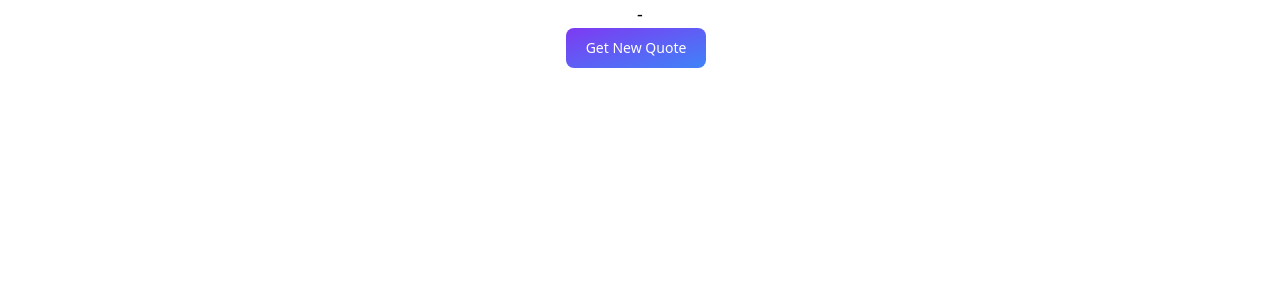
Repository: sodmaq/Todo-App
Page: /quote
These files come from the project's save history. The page is drawn as it stood at one moment and after the next save; the edit follows.
The browser window is 1280 px wide. The pictures show the whole page.
The page's requests for data from a server got no answer. The project was rebuilt for these pictures with package versions that can differ from the ones it lists, and the page was loaded fresh each time. No one was signed in, and anything a server would have sent is missing. Also part of the build but not shown: vite.config.js, src/components/loader.css, src/components/Header.jsx, src/components/TodoInput.jsx, src/components/TodoItem.jsx, src/components/TodoList.jsx, src/Todo.jsx.

Above is the page before, as saved 2024-09-04 22:14:56.

### src/App.jsx
import { BrowserRouter, Route, Routes } from "react-router-dom";
import Quote from "./components/Quote";
import Todo from "./Todo";

function App() {
  return (
    <BrowserRouter>
      <Routes>
        <Route path="/" element={<Todo />} />
        <Route path="quote" element={<Quote />} />
      </Routes>
    </BrowserRouter>
  );
}

export default App;

### src/components/Quote.jsx
import { useEffect, useState } from "react";
import Loader from "./Loader";

function Quote() {
  const [quote, setQuote] = useState({ content: "", author: "" });
  const [isLoading, setIsLoading] = useState(true);
  const url = "https://api.quotable.io/random";

  // Function to fetch a new quote
  const fetchQuote = async () => {
    setIsLoading(true);
    try {
      const response = await fetch(url);
      if (!response.ok) {
        throw new Error(response.statusText);
      }
      const data = await response.json();
      setQuote(data);
    } catch (error) {
      console.error("Error fetching the quote:", error);
    } finally {
      setIsLoading(false);
    }
  };

  // Fetch the quote when the component mounts
  useEffect(() => {
    fetchQuote();
  }, []); // Empty dependency array means this runs only once after the initial render

  return (
    <div className="flex flex-col items-center justify-center">
      {isLoading && <Loader />}
      <h1 className="text-3xl font-bold">
        {quote.content}{" "}
        <span className="text-2xl font-semibold"> {quote.author}</span>
      </h1>
      <p className="text-lg">-</p>
      <button
        onClick={fetchQuote} // Fetches a new quote when the button is clicked
        type="button"
        className="text-white bg-gradient-to-br from-purple-600 to-blue-500 hover:bg-gradient-to-bl focus:ring-4 focus:outline-none focus:ring-blue-300 dark:focus:ring-blue-800 font-medium rounded-lg text-sm px-5 py-2.5 text-center me-2 mb-2 "
      >
        Get New Quote
      </button>
    </div>
  );
}

export default Quote;

### src/components/Loader.jsx
// Loader.jsx
import "./Loader.css"; // Import the CSS for styling

function Loader() {
  return (
    <div className="loader-overlay">
      <div className="loader"></div>
    </div>
  );
}

export default Loader;

### tailwind.config.js
import flowbite from "flowbite/plugin";

/** @type {import('tailwindcss').Config} */
export default {
  content: [
    "./index.html",
    "./src/**/*.{js,ts,jsx,tsx}",
    "./node_modules/flowbite/**/*.js",
  ],
  theme: {
    extend: {},
  },
  plugins: [flowbite],
};

Loaded but not shown: index.html (common file); src/main.jsx (common file); src/index.css (common file)

After the next save:
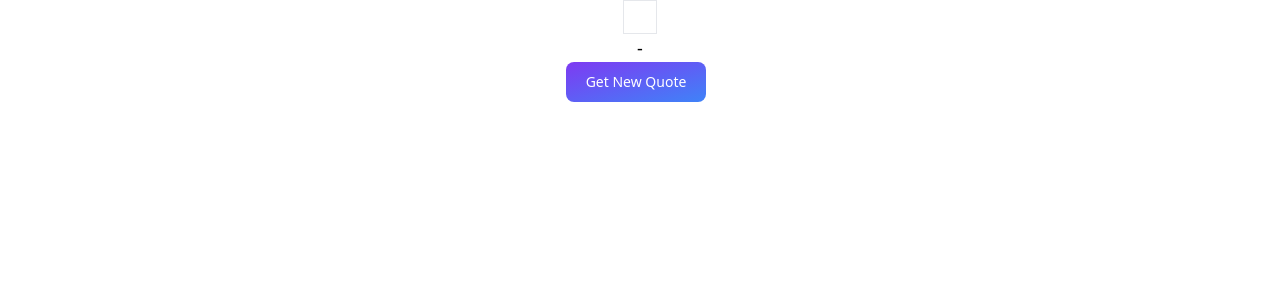
Saved 12 min 33 s later.
--- a/src/components/Quote.jsx
+++ b/src/components/Quote.jsx
@@ -31,7 +31,7 @@
   return (
     <div className="flex flex-col items-center justify-center">
       {isLoading && <Loader />}
-      <h1 className="text-3xl font-bold">
+      <h1 className="text-3xl font-bold border p-4">
         {quote.content}{" "}
         <span className="text-2xl font-semibold"> {quote.author}</span>
       </h1>
